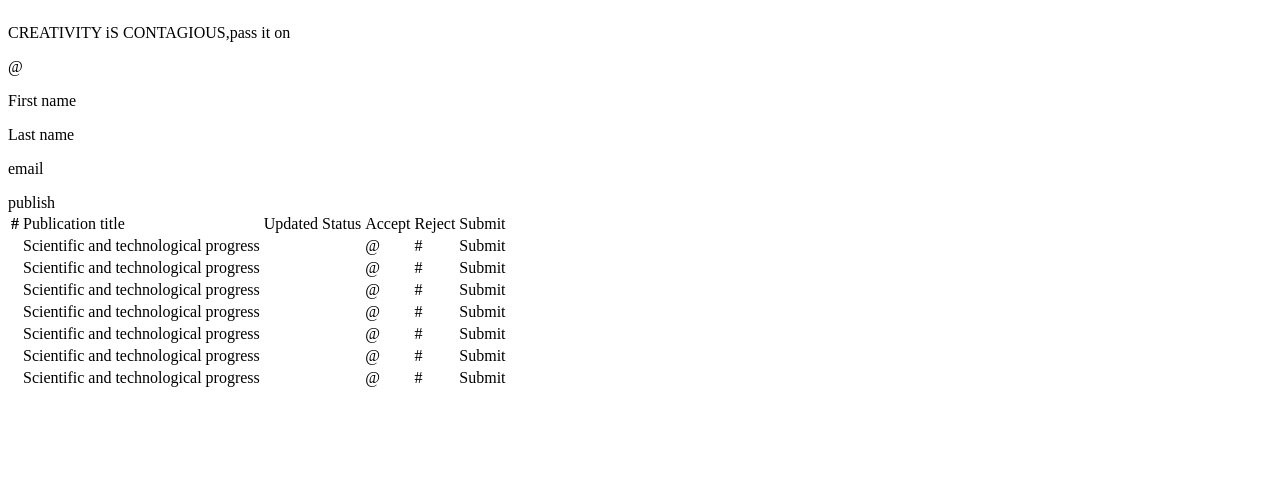
Repository: ceo-of-albeni/articles
Page: /
An editor plug-in stored every save of this project. The page is shown before and after the next save, followed by the edit.
The browser window is 1280 px wide. The pictures show the whole page.
The project was rebuilt for these pictures with package versions that can differ from the ones it lists, and the page was loaded fresh each time.

Above is the page before, as saved 2023-05-09 18:19:25.

### public/index.html
<!DOCTYPE html>
<html lang="en">
  <head>
    <meta charset="UTF-8" />
    <meta http-equiv="X-UA-Compatible" content="IE=edge" />
    <meta name="viewport" content="width=device-width, initial-scale=1.0" />
    <link rel="icon" href="%PUBLIC_URL%/favicon.ico" />
    <title>Scientist's room</title>
  </head>
  <body>
    <div id="root"></div>
  </body>
</html>

### src/App.js
import React from "react";
import Reviewer from "./reviewer's profil/reveiwer";

const App = () => {
  return (
    <>
      <div>
        <Reviewer/>
      </div>
    </>
  )
};

export default App;

### src/reviewer's profil/reveiwer.jsx
import "./reviewer.css";

export default function Reviewer() {
    return (
        <>
            <section className="reviewer_section">
                <div className="reviewer_thema">
                <p>CREATIVITY iS CONTAGIOUS,</p> <p>pass it on</p>
                </div>
                <div className="reviewer_user">
                    <div className="user_logo">@</div>
                    <div className="user_data">
                        <p>First name</p>
                        <p>Last name</p>
                        <p>email</p>
                    </div>
                </div>
                <div className="button_publish">
                    publish
                </div>
                <div className="table">
                    <table>
                        <tr>
                            <th>#</th>
                            <td>Publication title </td>
                            <td>Updated</td>
                            <td>Status</td>
                            <td>Accept</td>
                            <td>Reject</td>
                            <td>Submit</td>
                        </tr>
                        <tr>
                            <td></td>
                            <td>Scientific and technological progress</td>
                            <td></td>
                            <td></td>
                            <td>@</td>
                            <td>#</td>
                            <td>Submit</td>
                        </tr>
                        <tr>
                            <td></td>
                            <td>Scientific and technological progress</td>
                            <td></td>
                            <td></td>
                            <td>@</td>
                            <td>#</td>
                            <td>Submit</td>
                        </tr>
                        <tr>
                            <td></td>
                            <td>Scientific and technological progress</td>
                            <td></td>
                            <td></td>
                            <td>@</td>
                            <td>#</td>
                            <td>Submit</td>
                        </tr>
                        <tr>
                            <td></td>
                            <td>Scientific and technological progress</td>
                            <td></td>
                            <td></td>
                            <td>@</td>
                            <td>#</td>
                            <td>Submit</td>
                        </tr>
                        <tr>
                            <td></td>
                            <td>Scientific and technological progress</td>
                            <td></td>
                            <td></td>
                            <td>@</td>
                            <td>#</td>
                            <td>Submit</td>
                        </tr>
                        <tr>
                            <td></td>
                            <td>Scientific and technological progress</td>
                            <td></td>
                            <td></td>
                            <td>@</td>
                            <td>#</td>
                            <td>Submit</td>
                        </tr>
                        <tr>
                            <td></td>
                            <td>Scientific and technological progress</td>
                            <td></td>
                            <td></td>
                            <td>@</td>
                            <td>#</td>
                            <td>Submit</td>
                        </tr>
                    </table>
                </div>
            </section>
        </>
    )
}

### src/reviewer's profil/reviewer.css
.reviewer_section .reviewer_thema {
  display: flex;
}/*# sourceMappingURL=reviewer_20230509181925.css.map */

Loaded but not shown: src/index.js (common file)

After the next save:
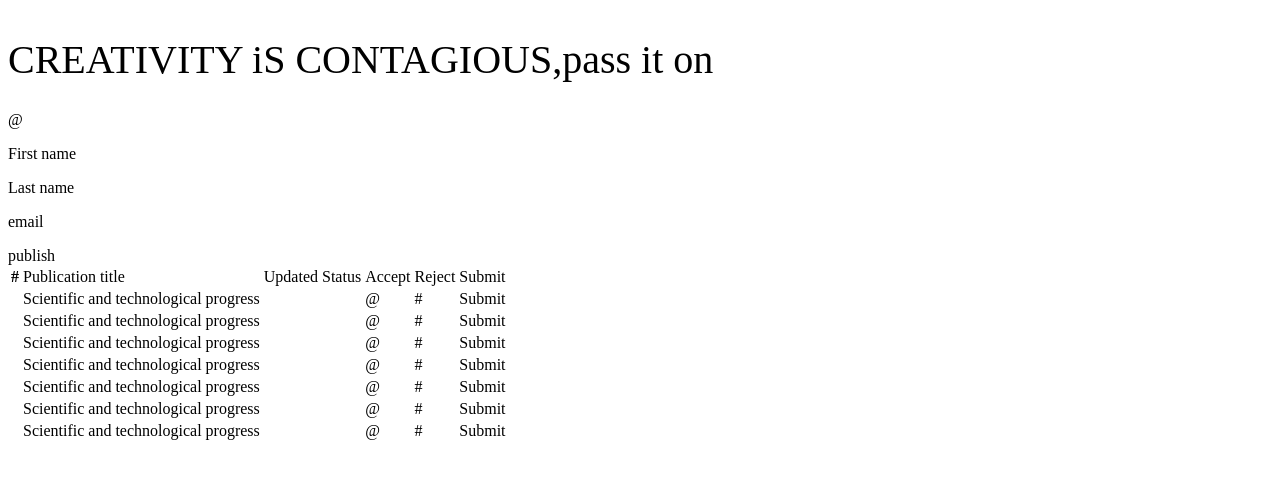
Saved 3 s later.
--- a/src/reviewer's profil/reviewer.css
+++ b/src/reviewer's profil/reviewer.css
@@ -1,3 +1,23 @@
 .reviewer_section .reviewer_thema {
   display: flex;
-}/*# sourceMappingURL=reviewer_20230509181925.css.map */
+}
+.reviewer_section .reviewer_thema p {
+  font-family: Esteban;
+  font-size: 40px;
+  font-weight: 400;
+  line-height: 23px;
+  letter-spacing: 0em;
+  text-align: center;
+  font-family: Mr De Haviland;
+  font-size: 65px;
+  font-weight: 400;
+  line-height: 23px;
+  letter-spacing: 0em;
+  text-align: center;
+  font-family: Gabriela;
+  font-size: 40px;
+  font-weight: 400;
+  line-height: 23px;
+  letter-spacing: 0em;
+  text-align: center;
+}/*# sourceMappingURL=reviewer_20230509181928.css.map */
